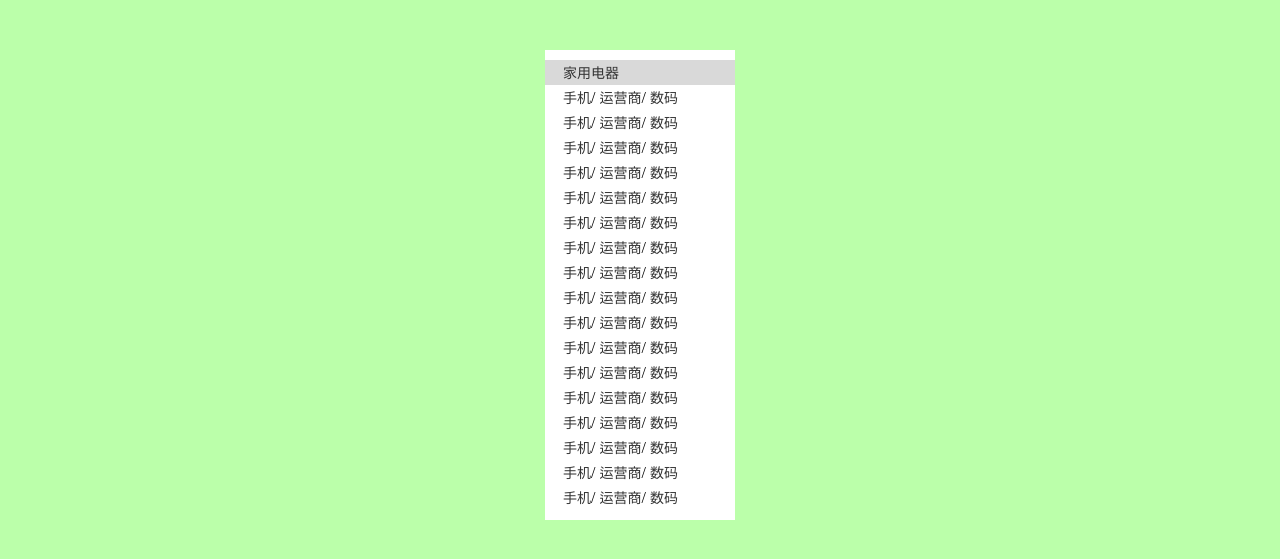
Repository: Romic77/css-test
Page: exercise/02_京东左侧导航条.html
The author's editor kept a copy of each file at every save. The page is drawn from the files as they stood at one save, then again after the next save.
The browser window is 1280 px wide. The pictures show the whole page.
The pointer rests on the first visible `.item a`.

Above is the page before, as saved 2022-09-03 14:04:08.

After the next save:
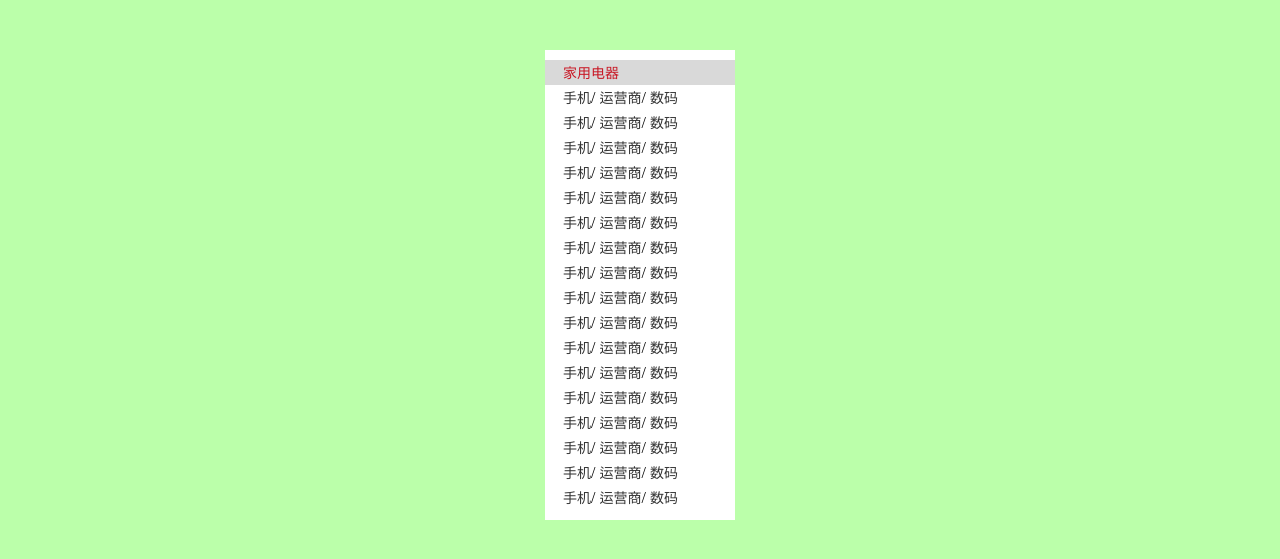
Saved 17 s later.
--- a/exercise/02_京东左侧导航条.html
+++ b/exercise/02_京东左侧导航条.html
@@ -39,9 +39,7 @@
         }
 
         .item a:hover {
-            font-size: 14px;
-            color: #333;
-            text-decoration: none;
+            color: #c81623
         }
     </style>
 </head>
